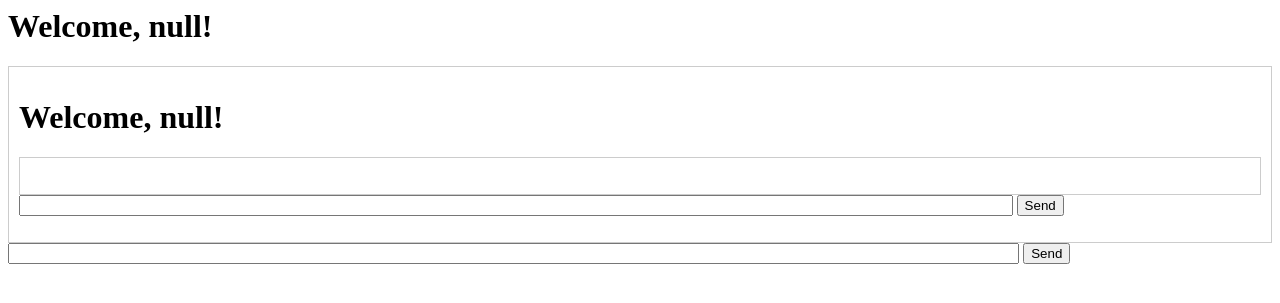
Repository: jaseem1999/sdCommunity
Page: http://localhost/sdCommunity/userChat.jsp
An editor plug-in stored every save of this project. The page is shown before and after the next save, followed by the edit.
The browser window is 1280 px wide. The pictures show the whole page.
The page is served by Tomcat 9. Other server files are loaded and not shown.

Above is the page before, as saved 2023-10-01 15:13:45.

### sdCommunity/src/main/webapp/userChat.jsp
<%@ page language="java" contentType="text/html; charset=UTF-8" pageEncoding="UTF-8"%>
<%@ page import="java.util.ArrayList" %>
<%@ page import="java.util.List" %>

<%
    Integer id =(Integer)session.getAttribute("uid");
    String fname=(String)session.getAttribute("fname");

    List<String> chatList = (List<String>) session.getAttribute("chatList");
    if (chatList == null) {
        chatList = new ArrayList<>();
        session.setAttribute("chatList", chatList);
    }

    String message = request.getParameter("message");
    if (message != null && !message.isEmpty()) {
        chatList.add(fname + ": " + message);
    }
%>

<html>
<head>
    <meta charset="UTF-8">
    <title>Live Chat</title>
    <style>
        /* Add your CSS styles here */
        #chat {
            border: 1px solid #ccc;
            padding: 10px;
            max-height: 300px;
            overflow-y: scroll;
        }

        #chat ul {
            list-style-type: none;
            padding: 0;
        }

        #chat li {
            margin-bottom: 5px;
        }
    </style>
    <script>
        function sendMessage() {
            var message = document.getElementById('message').value;
            var xmlhttp = new XMLHttpRequest();

            xmlhttp.onreadystatechange = function() {
                if (xmlhttp.readyState == 4 && xmlhttp.status == 200) {
                    document.getElementById('message').value = '';
                }
            }

            xmlhttp.open('POST', 'userChat.jsp', true);
            xmlhttp.setRequestHeader('Content-type', 'application/x-www-form-urlencoded');
            xmlhttp.send('message=' + message);
        }

        function updateChat() {
            var xmlhttp = new XMLHttpRequest();

            xmlhttp.onreadystatechange = function() {
                if (xmlhttp.readyState == 4 && xmlhttp.status == 200) {
                    document.getElementById('chat').innerHTML = xmlhttp.responseText;
                    setTimeout(updateChat, 1000); // Update every second
                }
            }

            xmlhttp.open('GET', 'userChat.jsp', true);
            xmlhttp.send();
        }
    </script>
</head>
<body onload="updateChat()">
    <h1>Welcome, <%= fname %>!</h1>
    <div id="chat">
        <ul>
            <%
                for (String msg : chatList) {
                    out.println("<li>" + msg + "</li>");
                }
            %>
        </ul>
    </div>
    <form onsubmit="sendMessage(); return false;">
        <input type="text" id="message" style="width: 80%;" />
        <input type="submit" value="Send" />
    </form>
</body>
</html>

After the next save:
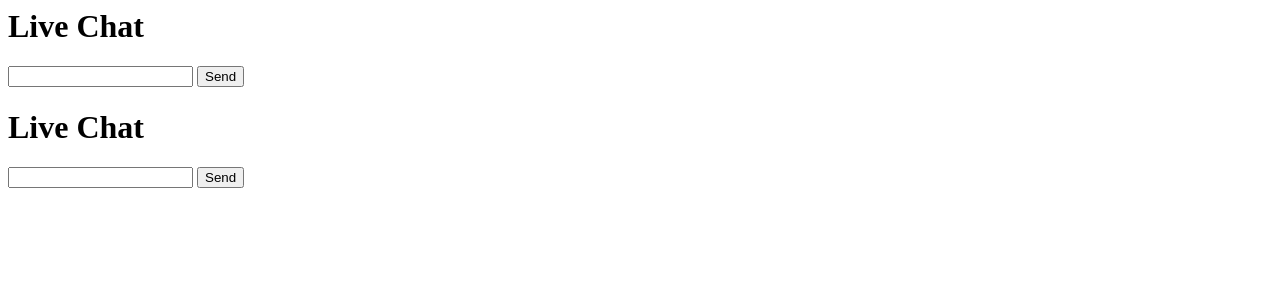
Saved 24 s later.
--- a/sdCommunity/src/main/webapp/userChat.jsp
+++ b/sdCommunity/src/main/webapp/userChat.jsp
@@ -3,8 +3,8 @@
 <%@ page import="java.util.List" %>
 
 <%
-    Integer id =(Integer)session.getAttribute("uid");
-    String fname=(String)session.getAttribute("fname");
+	Integer id =(Integer)session.getAttribute("uid");
+	String fname=(String)session.getAttribute("fname");
 
     List<String> chatList = (List<String>) session.getAttribute("chatList");
     if (chatList == null) {
@@ -14,77 +14,59 @@
 
     String message = request.getParameter("message");
     if (message != null && !message.isEmpty()) {
-        chatList.add(fname + ": " + message);
+        chatList.add(message);
     }
 %>
 
 <html>
-<head>
-    <meta charset="UTF-8">
-    <title>Live Chat</title>
-    <style>
-        /* Add your CSS styles here */
-        #chat {
-            border: 1px solid #ccc;
-            padding: 10px;
-            max-height: 300px;
-            overflow-y: scroll;
-        }
+    <head>
+        <meta charset="UTF-8">
+        <title>Live Chat</title>
+        <script>
+            function sendMessage() {
+                var message = document.getElementById('message').value;
+                var xmlhttp = new XMLHttpRequest();
 
-        #chat ul {
-            list-style-type: none;
-            padding: 0;
-        }
+                xmlhttp.onreadystatechange = function() {
+                    if (xmlhttp.readyState == 4 && xmlhttp.status == 200) {
+                        document.getElementById('message').value = '';
+                    }
+                }
 
-        #chat li {
-            margin-bottom: 5px;
-        }
-    </style>
-    <script>
-        function sendMessage() {
-            var message = document.getElementById('message').value;
-            var xmlhttp = new XMLHttpRequest();
-
-            xmlhttp.onreadystatechange = function() {
-                if (xmlhttp.readyState == 4 && xmlhttp.status == 200) {
-                    document.getElementById('message').value = '';
-                }
+                xmlhttp.open('POST', 'userChat.jsp', true);
+                xmlhttp.setRequestHeader('Content-type', 'application/x-www-form-urlencoded');
+                xmlhttp.send('message=' + message);
             }
 
-            xmlhttp.open('POST', 'userChat.jsp', true);
-            xmlhttp.setRequestHeader('Content-type', 'application/x-www-form-urlencoded');
-            xmlhttp.send('message=' + message);
-        }
+            function updateChat() {
+                var xmlhttp = new XMLHttpRequest();
 
-        function updateChat() {
-            var xmlhttp = new XMLHttpRequest();
+                xmlhttp.onreadystatechange = function() {
+                    if (xmlhttp.readyState == 4 && xmlhttp.status == 200) {
+                        document.getElementById('chat').innerHTML = xmlhttp.responseText;
+                        setTimeout(updateChat, 1000); // Update every second
+                    }
+                }
 
-            xmlhttp.onreadystatechange = function() {
-                if (xmlhttp.readyState == 4 && xmlhttp.status == 200) {
-                    document.getElementById('chat').innerHTML = xmlhttp.responseText;
-                    setTimeout(updateChat, 1000); // Update every second
-                }
+                xmlhttp.open('GET', 'userChat.jsp', true);
+                xmlhttp.send();
             }
-
-            xmlhttp.open('GET', 'userChat.jsp', true);
-            xmlhttp.send();
-        }
-    </script>
-</head>
-<body onload="updateChat()">
-    <h1>Welcome, <%= fname %>!</h1>
-    <div id="chat">
-        <ul>
-            <%
-                for (String msg : chatList) {
-                    out.println("<li>" + msg + "</li>");
-                }
-            %>
-        </ul>
-    </div>
-    <form onsubmit="sendMessage(); return false;">
-        <input type="text" id="message" style="width: 80%;" />
-        <input type="submit" value="Send" />
-    </form>
-</body>
+        </script>
+    </head>
+    <body onload="updateChat()">
+        <h1>Live Chat</h1>
+        <form onsubmit="sendMessage(); return false;">
+            <input type="text" id="message" />
+            <input type="submit" value="Send" />
+        </form>
+        <div id="chat">
+            <ul>
+                <%
+                    for (String msg : chatList) {
+                        out.println("<li>" + msg + "</li>");
+                    }
+                %>
+            </ul>
+        </div>
+    </body>
 </html>
